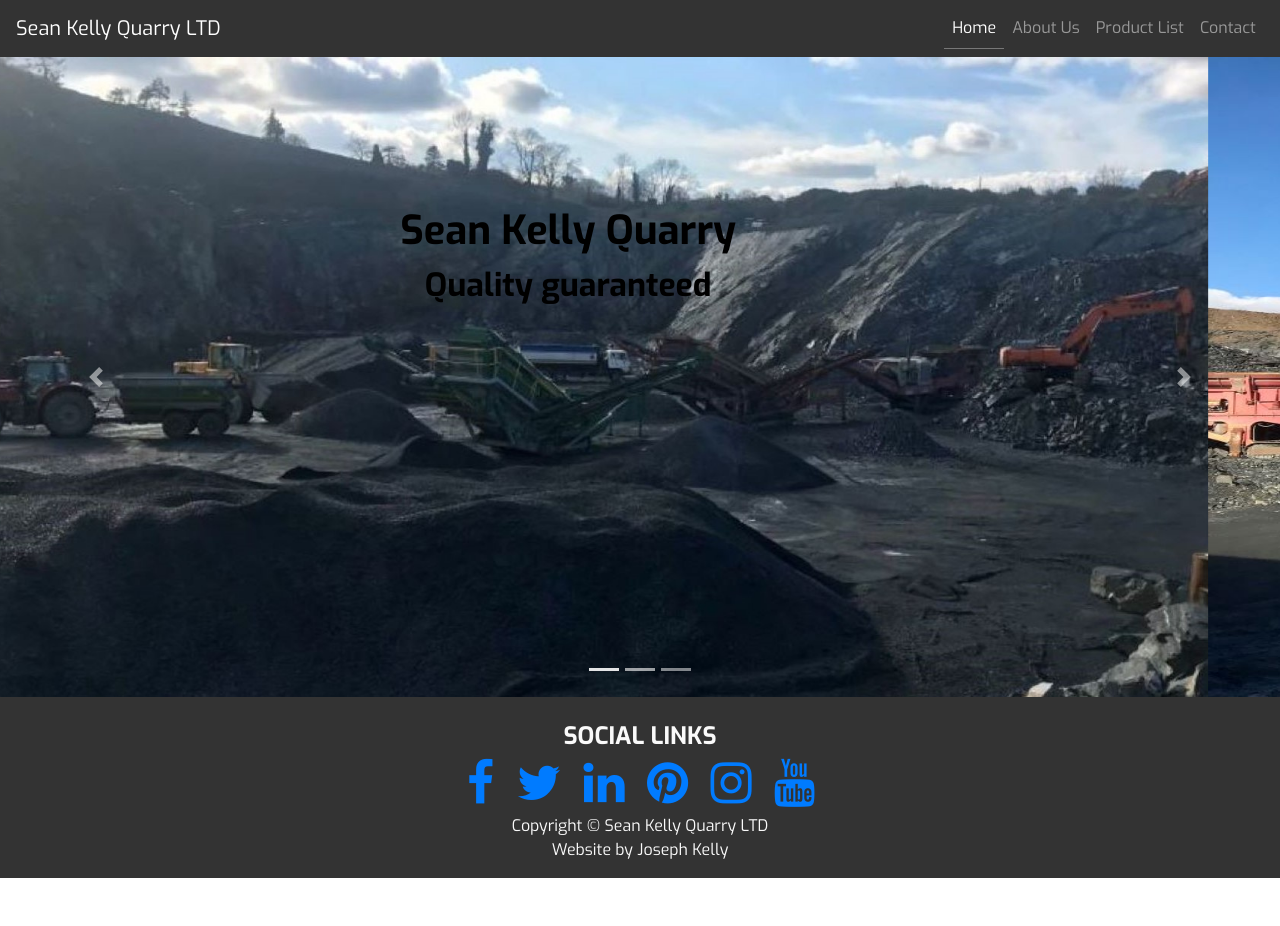
Repository: Code-Institute-Submissions/Sean-Kelly-Quarry
Page: index.html
The author's editor kept a record of every edit. The page is drawn from the files as they stood at one moment, then again after the next edit.
The browser window is 1280 px wide. The pictures show the whole page.

Above is the page before.

### index.html
<!DOCTYPE html>
<html lang="en">
<head>
    <meta charset="UTF-8">
    <meta name="viewport" content="width=device-width, initial-scale=1.0">
    <meta http-equiv="X-UA-Compatible" content="ie=edge">
    <link rel="stylesheet" href="https://stackpath.bootstrapcdn.com/bootstrap/4.4.1/css/bootstrap.min.css" type="text/css" />
    <link rel="stylesheet" href="https://stackpath.bootstrapcdn.com/font-awesome/4.7.0/css/font-awesome.min.css" type="text/css" />
    <link rel="stylesheet" href="assets/css/style.css" type="text/css" />
    <title>Sean Kelly Quarry</title>
</head>
<body>
    <header>            <!-- Navbar taken from bootstap -->
        <nav class="navbar navbar-expand-md navbar-dark navbar-custom">
            <a class="navbar-brand" href="#">Sean Kelly Quarry LTD</a>
                <button class="navbar-toggler" type="button" data-toggle="collapse" data-target="#navbarNav" aria-controls="navbarNav" aria-expanded="false" aria-label="Toggle navigation">
                <span class="navbar-toggler-icon"></span>
                </button>
            <div class="collapse navbar-collapse text-right" id="navbarNav">
                <ul class="navbar-nav ml-auto">
                    <li class="nav-item active">
                    <a class="nav-link" href="index.html">Home</a>
                    </li>
                    <li class="nav-item">
                    <a class="nav-link" href="about.html">About Us</a>
                    </li>
                    <li class="nav-item">
                    <a class="nav-link" href="product-list.html">Product List</a>
                    </li>
                    <li class="nav-item">
                    <a class="nav-link" href="contact.html">Contact</a>
                    </li>
                </ul>
            </div>
        </nav>
    </header>
        <div id="myCarousel" class="carousel slide" data-ride="carousel">     <!-- carousel taken from bootstrap -->
            <ol class="carousel-indicators">
              <li data-target="#myCarousel" data-slide-to="0" class="active"></li>
              <li data-target="#myCarousel" data-slide-to="1"></li>
              <li data-target="#myCarousel" data-slide-to="2"></li>
            </ol>
            <div class="carousel-inner">
              <div class="carousel-item active">
                <img src="assets/images/quarry.jpg"/>
                <div class="container">
                  <div class="carousel-caption">
                    <h1>Sean Kelly Quarry</h1>
                    <h3>Quality guaranteed</h3>
                  </div>
                </div>
              </div>
              <div class="carousel-item">
                <img src="assets/images/quarry1.jpg"/>
                <div class="container">
                  <div class="carousel-caption">
                    <h1>Sean Kelly Quarry</h1>
                    <h3>Quality guaranteed</h3>
                  </div>
                </div>
              </div>
              <div class="carousel-item">
                <img src="assets/images/quarry2.jpg"/>
                <div class="container">
                  <div class="carousel-caption">
                    <h1>Sean Kelly Quarry</h1>
                    <h3>Quality guaranteed</h3>
                  </div>
                </div>
              </div>
            </div>
            <a class="carousel-control-prev" href="#myCarousel" role="button" data-slide="prev">
              <span class="carousel-control-prev-icon" aria-hidden="true"></span>
              <span class="sr-only">Previous</span>
            </a>
            <a class="carousel-control-next" href="#myCarousel" role="button" data-slide="next">
              <span class="carousel-control-next-icon" aria-hidden="true"></span>
              <span class="sr-only">Next</span>
            </a>
          </div>

    <footer class="container-fluid">               <!-- Footer inspired by UCD resume mini project with code insitute -->
        <div id="footer-details" class="row">
            <div class="col-sm">
                <h4 class="uppercase footer-info">Social Links</h4>
                <ul class="list-inline social-links">
                    <li class="list-inline-item">
                        <a target="_blank" href="#">
                            <i class="fa fa-facebook fa-3x" aria-hidden="true"></i>
                            <span class="sr-only">Facebook</span>
                        </a>
                    </li>
                    <li class="list-inline-item">
                        <a target="_blank" href="#">
                            <i class="fa fa-twitter fa-3x" aria-hidden="true"></i>
                            <span class="sr-only">Twitter</span>
                        </a>
                    </li>
                    <li class="list-inline-item">
                        <a target="_blank" href="#">
                            <i class="fa fa-linkedin fa-3x" aria-hidden="true"></i>
                            <span class="sr-only">LinkedIn</span>
                        </a>
                    </li>
                    <li class="list-inline-item">
                        <a target="_blank" href="#">
                            <i class="fa fa-pinterest fa-3x" aria-hidden="true"></i>
                            <span class="sr-only">pinterest</span>
                        </a>
                    </li>
                    <li class="list-inline-item">
                        <a target="_blank" href="#">
                            <i class="fa fa-instagram fa-3x" aria-hidden="true"></i>
                            <span class="sr-only">Instagram</span>
                        </a>
                    </li>
                    <li class="list-inline-item">
                        <a target="_blank" href="#">
                            <i class="fa fa-youtube fa-3x" aria-hidden="true"></i>
                            <span class="sr-only">Youtube</span>
                        </a>
                    </li>
                    <p class="copyright">Copyright &#169; Sean Kelly Quarry LTD</p>
                    <p>Website by Joseph Kelly</p>
                </ul>
            </div>
        </div>
    </footer>
<script src="https://code.jquery.com/jquery-3.3.1.slim.min.js" integrity="sha384-q8i/X+965DzO0rT7abK41JStQIAqVgRVzpbzo5smXKp4YfRvH+8abtTE1Pi6jizo" crossorigin="anonymous"></script>
<script src="https://cdnjs.cloudflare.com/ajax/libs/popper.js/1.14.7/umd/popper.min.js" integrity="sha384-UO2eT0CpHqdSJQ6hJty5KVphtPhzWj9WO1clHTMGa3JDZwrnQq4sF86dIHNDz0W1" crossorigin="anonymous"></script>
<script src="https://stackpath.bootstrapcdn.com/bootstrap/4.3.1/js/bootstrap.min.js" integrity="sha384-JjSmVgyd0p3pXB1rRibZUAYoIIy6OrQ6VrjIEaFf/nJGzIxFDsf4x0xIM+B07jRM" crossorigin="anonymous"></script>
</body>
</html>

### assets/css/style.css
@import url('https://fonts.googleapis.com/css?family=Exo:100,200,300,400,500,600,700|Roboto:100,200,300,400,500,600,700&display=swap');

*{
    margin: 0;
    padding: 0;
    border: 0;
}

/* ---------------------------------------------header*/

body {
    font-family: "Exo";
    color: #777777;
}

.navbar-custom {
    background-color: #333333;
}


#menu a:hover {
    border-bottom: 1px solid #777777;
}

.active {
    border-bottom: 1px solid #777777;
}

/* ---------------------------------------------hero image*/

/* GLOBAL STYLES
-------------------------------------------------- */
/* Padding below the footer and lighter body text */

body {
  padding-bottom: 3rem;
  color: #5a5a5a;
}


/* CUSTOMIZE THE CAROUSEL
-------------------------------------------------- */

/* Carousel base class */

/* Since positioning the image, we need to help out the caption */
.carousel-caption {
  bottom: 3rem;
  z-index: 10;
}

/* Declare heights because of positioning of img element */
.carousel-item {
  height: 40rem;
}
.carousel-item > img {
  position: absolute;
  top: 0;
  left: 0;
  min-width: 100%;
  height: 40rem;
}


/* MARKETING CONTENT
-------------------------------------------------- */

/* Center align the text within the three columns below the carousel */
.marketing .col-lg-4 {
  margin-bottom: 1.5rem;
  text-align: center;
}
.marketing h2 {
  font-weight: 400;
}
.marketing .col-lg-4 p {
  margin-right: .75rem;
  margin-left: .75rem;
}


/* Featurettes
------------------------- */

.featurette-divider {
  margin: 5rem 0; /* Space out the Bootstrap <hr> more */
}

/* Thin out the marketing headings */
.featurette-heading {
  font-weight: 300;
  line-height: 1;
  letter-spacing: -.05rem;
}


/* RESPONSIVE CSS
-------------------------------------------------- */

@media (min-width: 40em) {
  /* Bump up size of carousel content */
  .carousel-caption h3 {
    margin-bottom: 20rem;
    font-size: 2rem;
    line-height: 1.4;
  }

  .featurette-heading {
    font-size: 50px;
  }
}

@media (min-width: 62em) {
  .featurette-heading {
    margin-top: 7rem;
  }
}

/* ---------------------------------------------about/meet*/

h1, h3, h2, h4, h5 {
    font-family: "Exo", sans-serif;
    font-weight: bold;
    text-align: center;
    color: #000000;
}

.about-heading {
    border-bottom: 1px solid;
    margin-left: 150px;
    margin-right: 150px;
    margin-top: 20px;
    padding-bottom: 10px;
}

.about {
    color: #000000;
    padding-top: 10px;
    text-align: center;
    overflow: hidden;
}

.about-info {
    margin-left: 15px;
    margin-right: 15px;
    padding-bottom: 10px;
}

.our-team {
    margin-top: 10px;
    padding-bottom: 20px;
}

.team {
   margin-top: 5px;
   margin-bottom: 5px;
   color: #000000;
   font-family: "Exo", sans-serif;
}



.meet-icon {
    margin-top: 5px;
    margin-bottom: 5px;
}

.history {
    color: #000000;
    margin-left: 60px;
    margin-right: 60px;
}

.who-we-are {
    color: #000000;
    margin-left: 60px;
    margin-right: 60px;
}

.what-we-do {
    color: #000000;
    margin-left: 150px;
    margin-right: 150px;
}

.heading {
    padding-top: 10px;
}


/* ---------------------------------------------footer*/

footer {
    color: #fafafa;
    padding-top: 25px;
    background-color: #333333;
    display: inline-block;
}

.footer-info {
    font-weight: bold;
    text-align: center;
    color: #fafafa
}

.list-inline-item {
    margin-left: 10px;
    margin-right: 10px;
}

.uppercase {
    text-transform: uppercase;
}

.social-links {
    text-align: center;
    color: #fafafa;
}

p {
    text-align: center;
    color: #fafafa;
}

.copyright {
    padding-top: 7px;
    margin-bottom: 0;
}

/* ---------------------------------------------product list/order form*/

.table {
    width: 70%;
    margin-left: auto;
    margin-right: auto;
    margin-top: 20px;
    margin-bottom: 20px;
    color: #000000;
    border-collapse: collapse;
}

table, th, td {
  border: 1px solid black;
  text-align: center;
}

.product-heading {
    margin-top: 30px;
    color: #000000;
}

.product-note {
    font-size: large;
    color: #000000;
}

.product-disclaimer {
    color: #f88037;
    text-align: center;
    padding-bottom: 20px;
}

.order-form {
    font-family: "Exo", sans-serif;
    color: #000000;
    padding-top: 20px;
    display: block;
    text-align: center;
}

/* ---------------------------------------------contact*/

.contact-info {
    font-family: "Exo", sans-serif;
    color: #000000;
    text-align: center;
    margin-top: 30px;
    margin-right: 40px;
}

.contact-details {
    color: #000000;
    margin-right: 40px;
}


button[type="submit"] {
    margin-top: 15px;
    margin-bottom: 20px;
    color: #fafafa;
    background-color: #e84610;
}


.form {
    display: inline-block;
    margin-left: 15%;
    margin-right: 15%;
    width: 70%;
}

.input-query {
    margin-top: 20px;
    margin-bottom: 20px;
}

.input {
    margin-top: 10px;
    margin-bottom: 10px;
}

.contact-section {
    margin-top: 25px;
    padding-bottom: 20px;
}


.form-section {
    padding-top: 20px;
}

/* ---------------------------------------------media queries*/

@media(min-width: 992px) {
    .center-form {
        padding-top: 30px;
        min-height: 240px;
        margin: 0 auto;
        max-width: 50%;
    }
}

After the next edit:
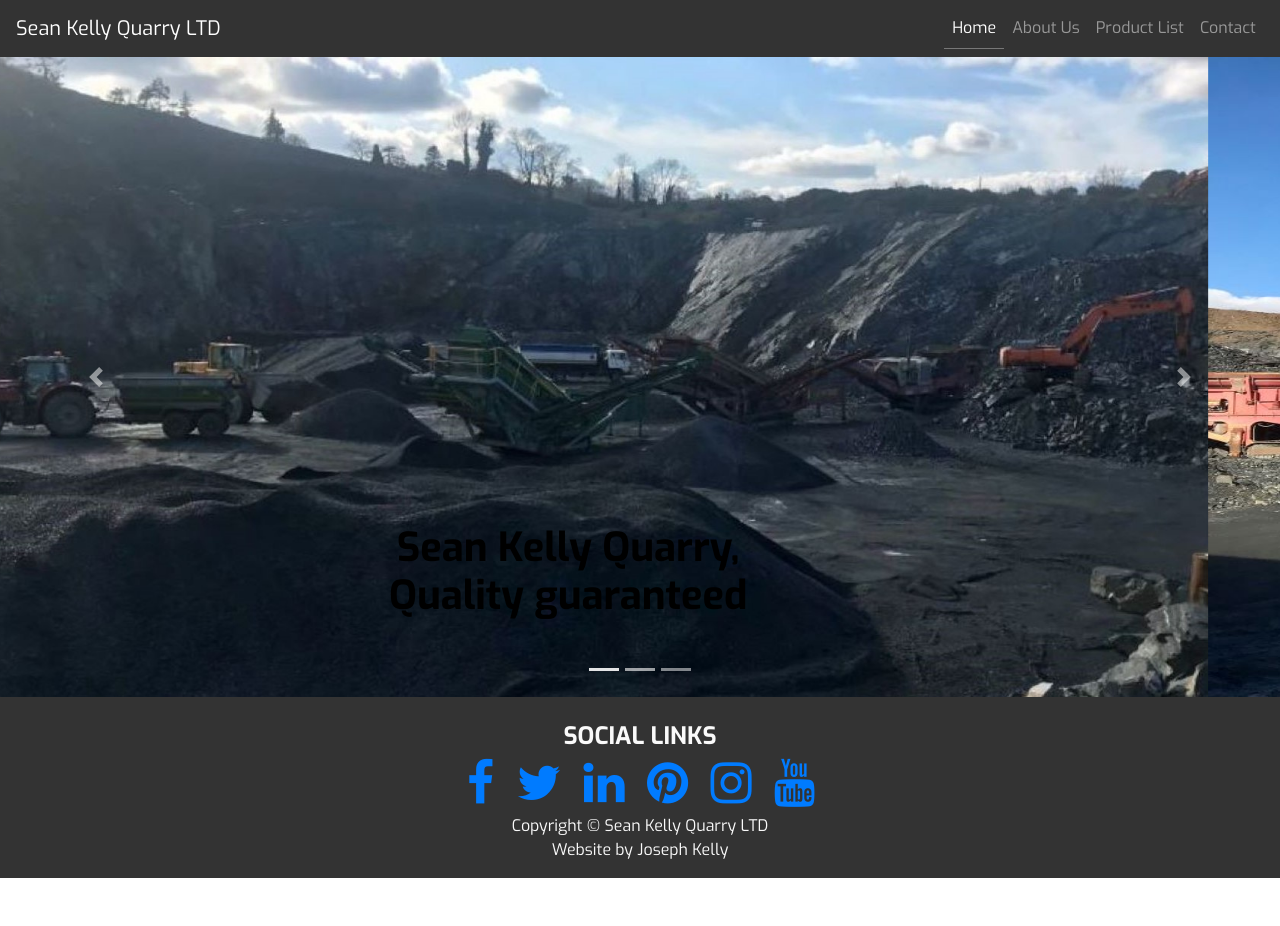
The edit:
--- a/index.html
+++ b/index.html
@@ -45,9 +45,8 @@
                 <img src="assets/images/quarry.jpg"/>
                 <div class="container">
                   <div class="carousel-caption">
-                    <h1>Sean Kelly Quarry</h1>
-                    <h3>Quality guaranteed</h3>
-                  </div>
+                    <h1>Sean Kelly Quarry,<br>Quality guaranteed</h1>
+                </div>
                 </div>
               </div>
               <div class="carousel-item">
